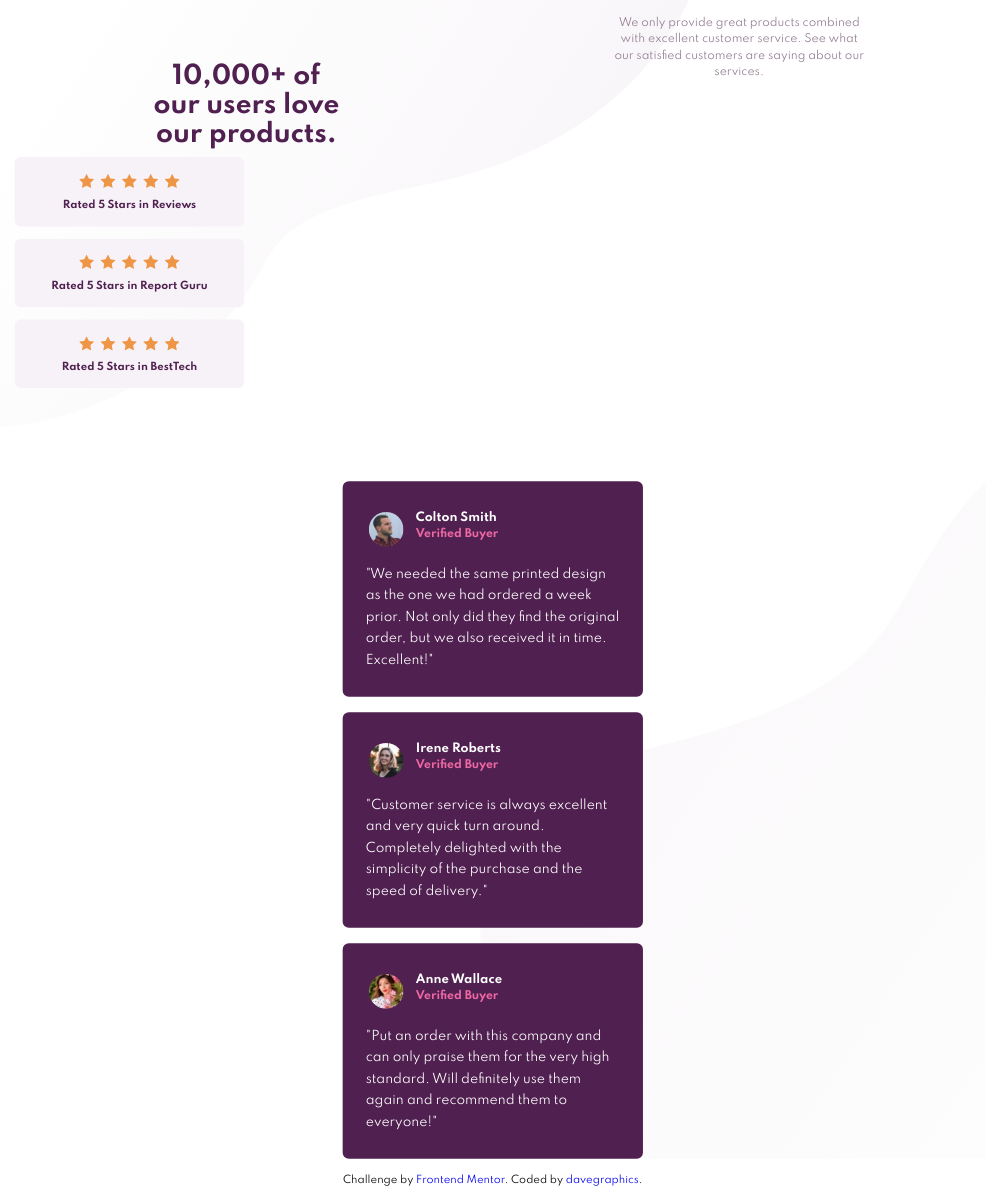
Repository: DejV44/social-proof-section-master
Page: index.html
These files come from the project's save history. The page is drawn as it stood at one moment and after the next save; the edit follows.
The browser window is 1280 px wide. The pictures show the whole page, at 77% of full size.
The style sheet was rebuilt from its Sass, Less or Tailwind sources for each picture, by a compiler version that may differ from the author's.

Above is the page before, as saved 2021-06-20 21:58:34.

After the next save:
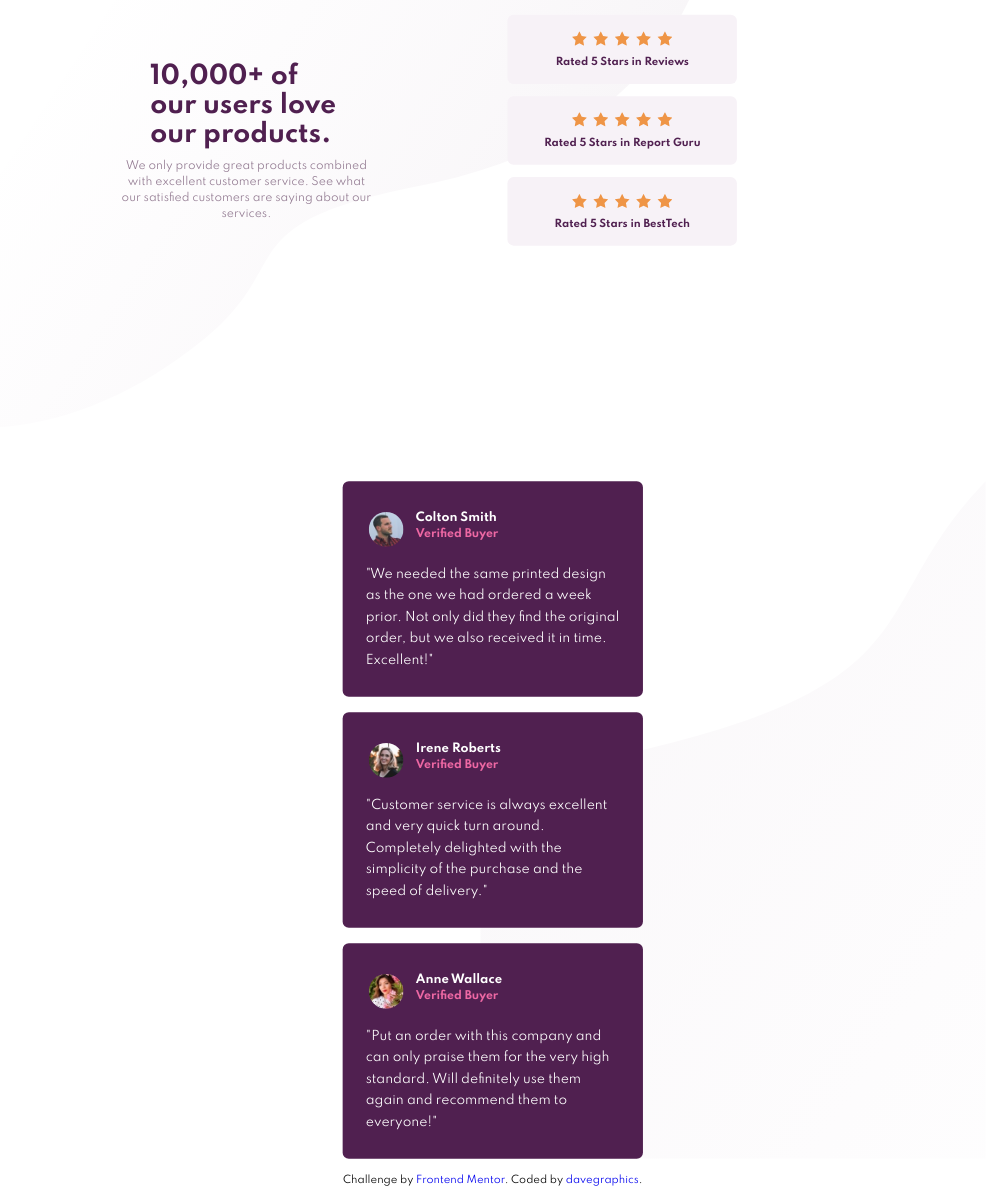
Saved 19 s later.
--- a/css/main.scss
+++ b/css/main.scss
@@ -179,40 +179,40 @@
 
         .container {
 
-
-
-            .item-1 {
-                grid-area: 1;
-            }
-            .item-2 {
-                grid-area: 2;
-            }
-
-            .item-3 {
-                grid-area: 3;
-            }
-
-            .item-4 {
-                grid-area: 4;
-            }
-
-            .item-5 {
-                grid-area: 5;
-            }
-
-            grid-template-areas:
-            "1 3"
-            "2 4"
-            "2 5";
-
-
-            .title {
-                text-align: left;
-            }
-
-        }
-
-
-    }
-
-}
+        }
+
+        .item-1 {
+            grid-area: 1;
+        }
+        .item-2 {
+            grid-area: 2;
+        }
+
+        .item-3 {
+            grid-area: 3;
+        }
+
+        .item-4 {
+            grid-area: 4;
+        }
+
+        .item-5 {
+            grid-area: 5;
+        }
+
+        grid-template-areas:
+        "1 3"
+        "2 4"
+        "2 5";
+
+
+        .title {
+            text-align: left;
+        }
+
+
+
+
+    }
+
+}

After the 4 saves that followed:
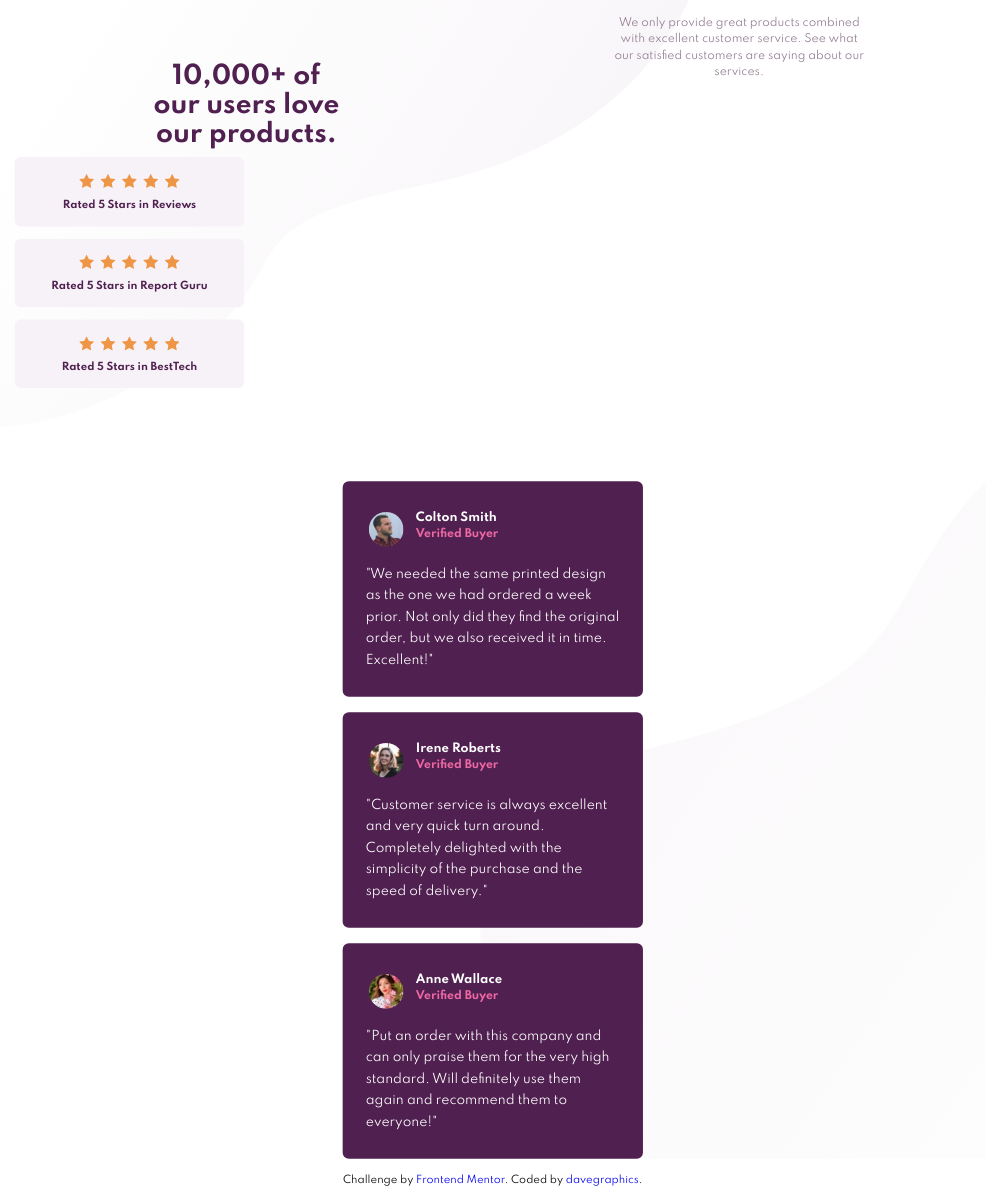
The 4 saves are shown as one change because 3 left the picture as it was.
The last was saved 4 min 43 s later.
--- a/css/main.scss
+++ b/css/main.scss
@@ -179,7 +179,33 @@
 
         .container {
 
-        }
+            padding: .2em;
+            width: 450px;
+            height: 55px;
+
+
+
+            li {
+                list-style: none;
+                padding: 1em;
+                margin: 1em;
+                background: var(--light-color);
+                border-radius: .5em;
+
+                img {
+                    padding: .3em;
+                    width: 130px;
+                    height: 20px;
+                }
+
+                h3 {
+                    padding: .3em;
+                    color: var(--primary-color);
+                    font-size: 13px;
+                }
+            }
+
+
 
         .item-1 {
             grid-area: 1;
@@ -211,8 +237,8 @@
         }
 
 
-
-
-    }
-
-}
+        }
+
+    }
+
+}
